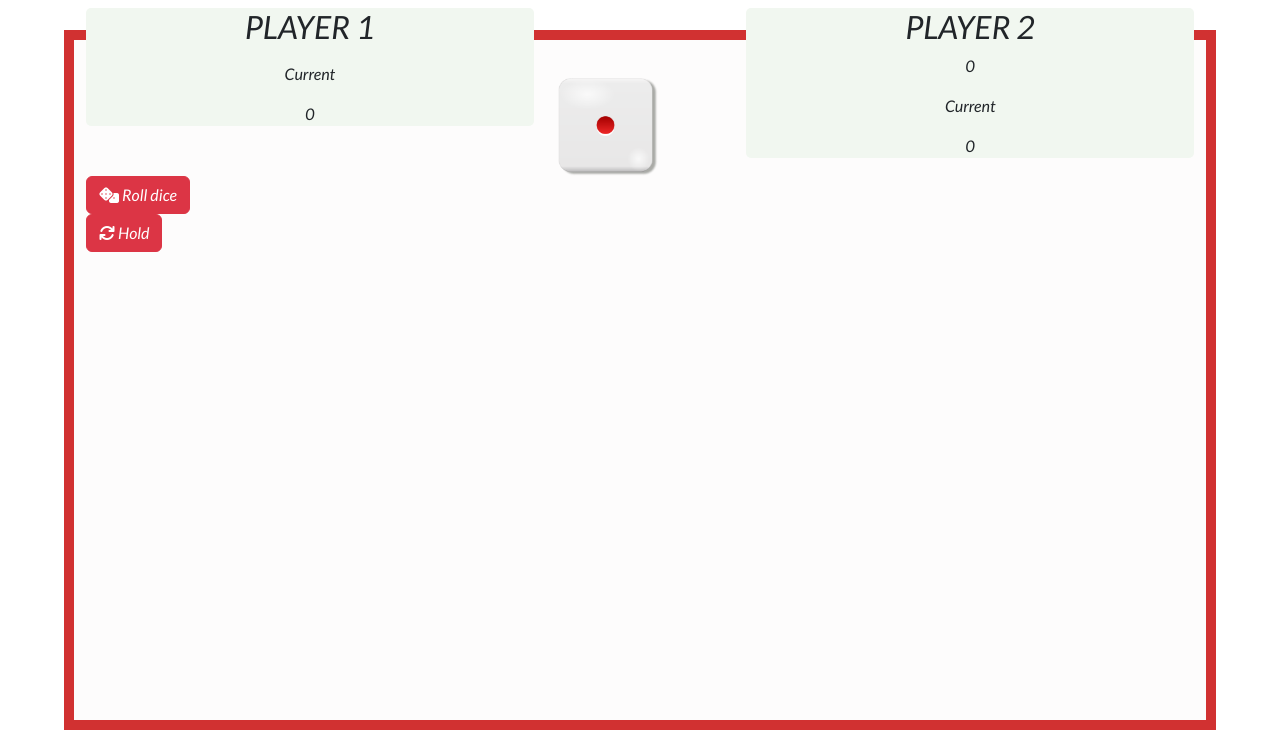
Repository: haifabilel/Eval_JAVASCRIPT
Page: index.html
An editor plug-in stored every save of this project. The page is shown before and after the next save, followed by the edit.
The browser window is 1280 px wide. The pictures show the whole page.
Some web libraries are served in a nearby version.

Above is the page before, as saved 2023-06-02 17:59:35.

After the next save:
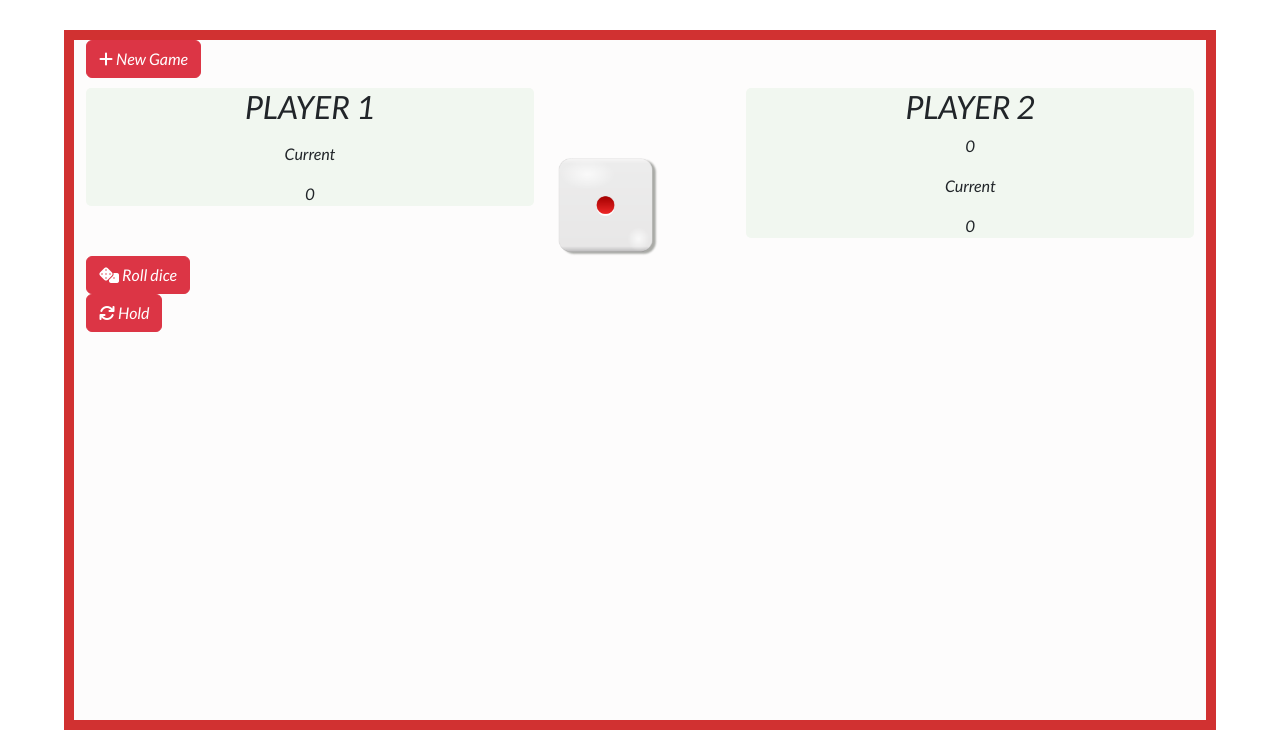
Saved 22 s later.
--- a/style.css
+++ b/style.css
@@ -10,6 +10,9 @@
     border: 10px solid  #d13131;
     margin-top: 30px;
 }
+.row{
+    margin-top:80px;
+}
 .player_0 , .player_1{
     background-color:#f1f7f0;
     text-align:center;
